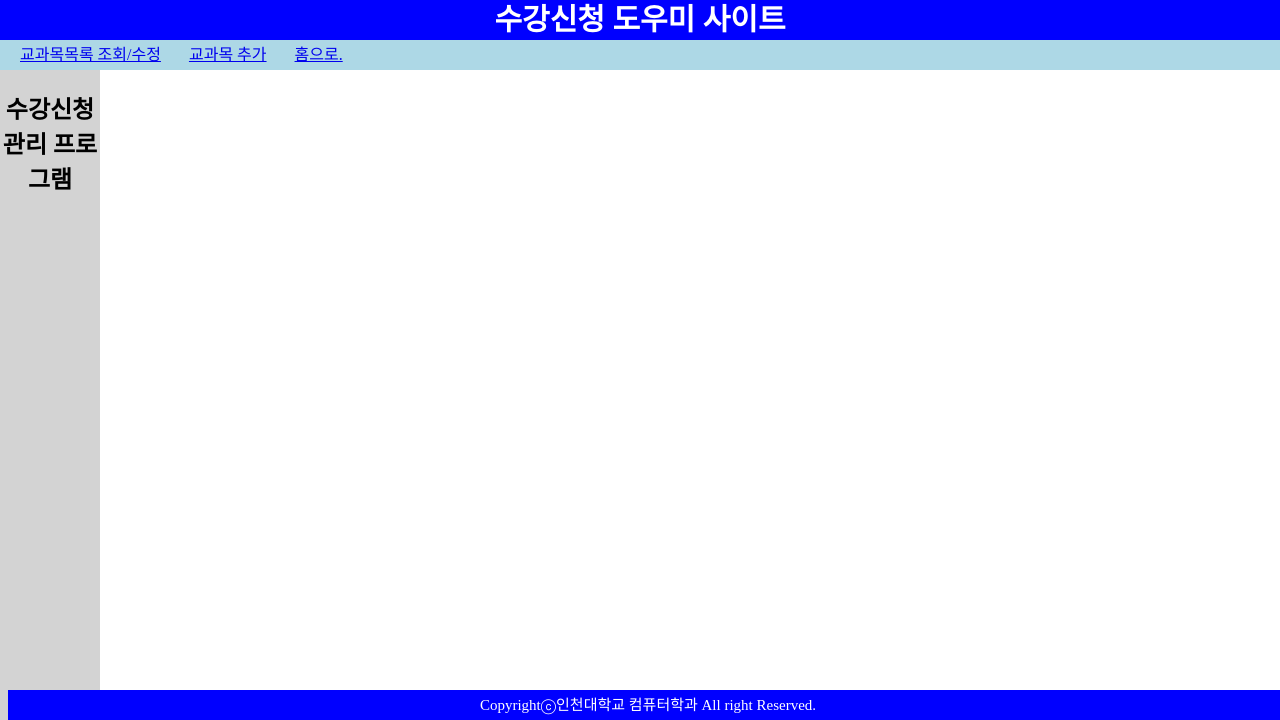
Repository: leesuyeon116/HRD_2
Page: http://localhost/HRD_0419/list.jsp
The author's editor kept a copy of each file at every save. The page is drawn from the files as they stood at one save, then again after the next save.
The browser window is 1280 px wide. The pictures show the whole page.
The page is served by Tomcat 9.

Above is the page before, as saved 2024-04-19 05:37:34.

After the next save:
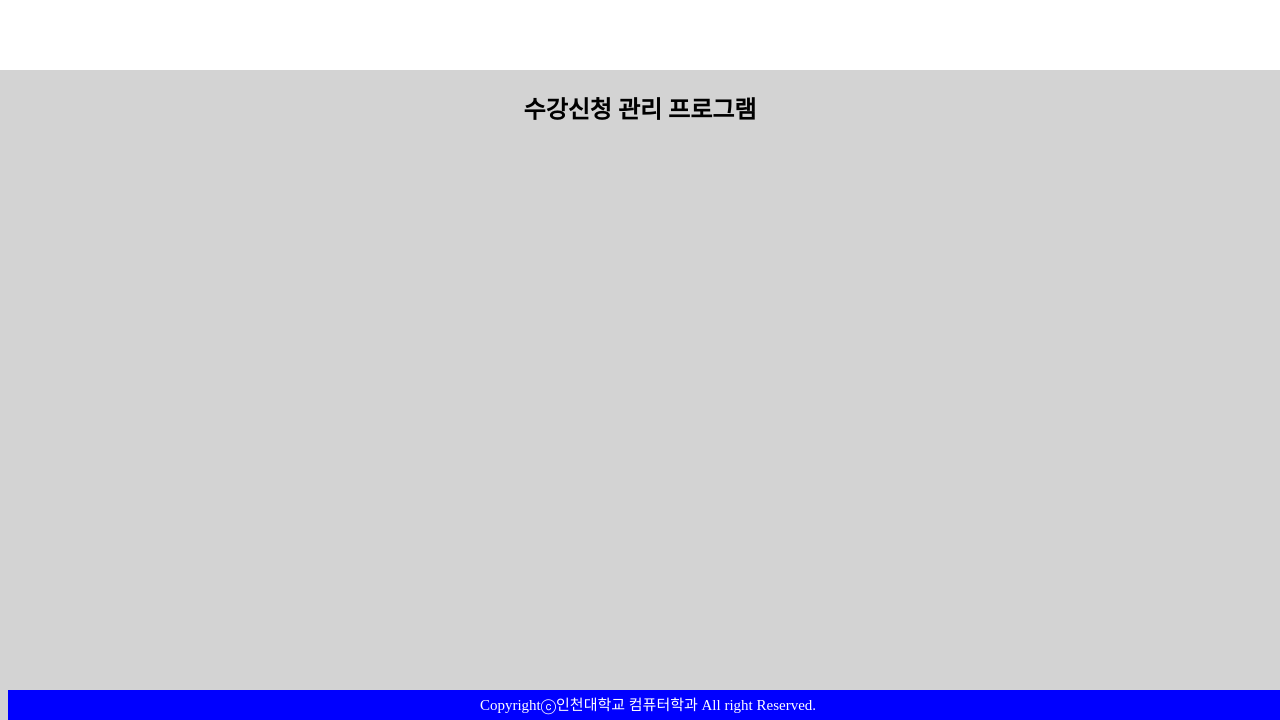
Saved 11 min 38 s later.
--- a/HRD_0419/src/main/webapp/list.jsp
+++ b/HRD_0419/src/main/webapp/list.jsp
@@ -7,13 +7,10 @@
 <title>list</title>
 </head>
 <body>
-	<jsp:include page="header.jsp"></jsp:include>
+    <section style="position: fixed; top: 70px; left: 0px; width: 100%; height: 100%; background-color: lightgray">
+        <h2 style="text-align: center;"><b>수강신청 관리 프로그램</b></h2><br>
 
-		<section style="position: fixed; top: 70px; left:0px; width: 100px; height: 100%; background-color: lightgray">
-		<h2 style="text-align: center;"><b>수강신청 관리 프로그램</b></h2>
-
-
-		</section>
+    </section>
 	<jsp:include page="footer.jsp"></jsp:include>
 
 </body>
